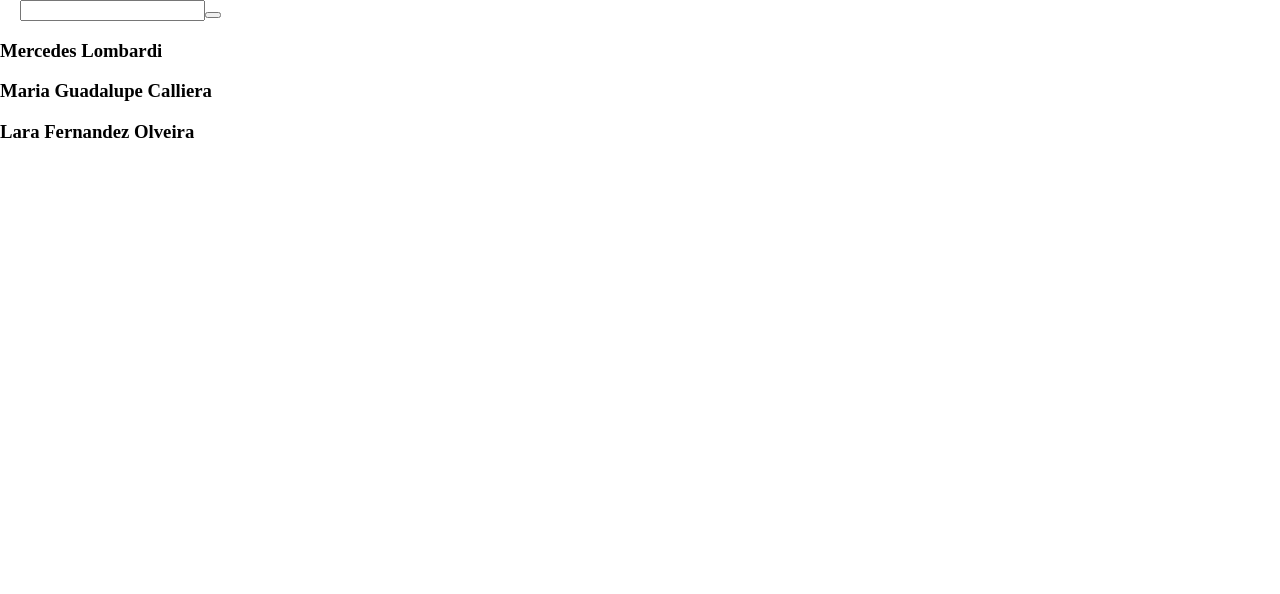
Repository: marucalliera/ProyectoIntegrador3
Page: / (app in progri/)
The author's editor kept a copy of each file at every save. The page is drawn from the files as they stood at one save, then again after the next save.
The browser window is 1280 px wide. The pictures show the whole page.
The page's requests for data from a server got no answer. Some web libraries are served in a nearby version. The project was rebuilt for these pictures with package versions that can differ from the ones it lists, and the page was loaded fresh each time. No one was signed in, and anything a server would have sent is missing. Also part of the build but not shown: progri/src/components/UnaPeliculaListado/UnaPeliculaListado.css, progri/src/components/UnaPeliculaListado/UnaPeliculaListado.js, progri/src/screens/Cartel/Cartel.js, progri/src/screens/Populares/Populares.js, progri/src/components/listadoFavoritos/listadoFavoritos.js, progri/src/screens/favoritos/favoritos.js, progri/src/screens/detallePel/detallePel.js, progri/src/components/Tarjeta/Tarjeta.css and 4 more.

Above is the page before, as saved 2022-09-11 19:37:41.

After the next save:
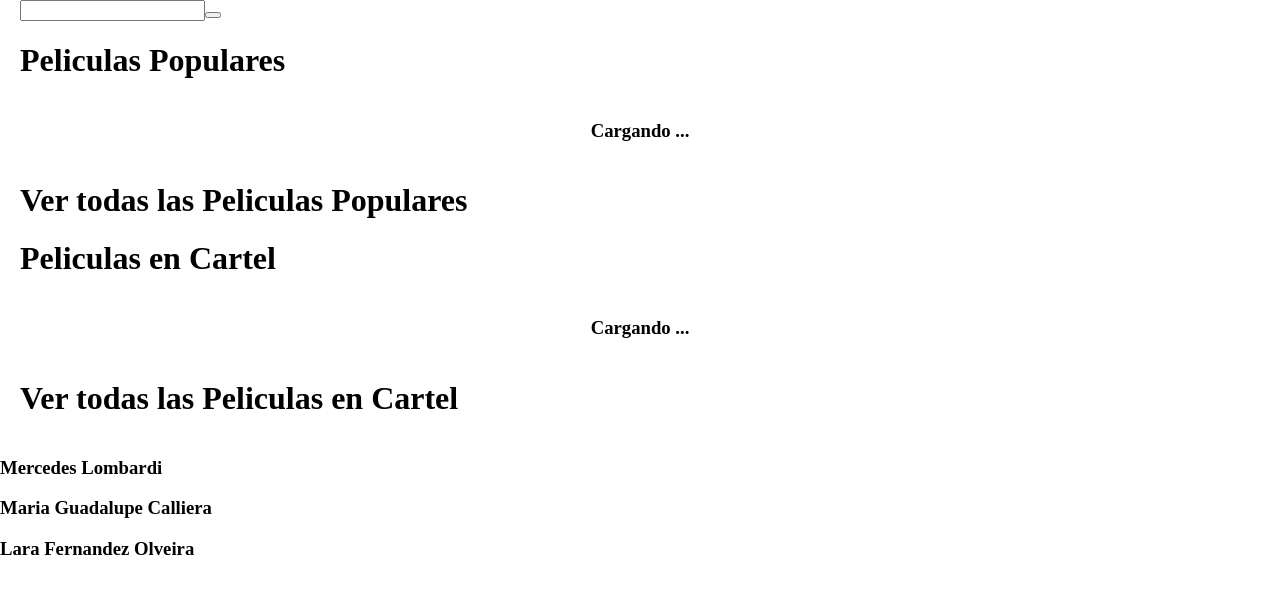
Saved 2 min 10 s later.
--- a/progri/src/components/Listado/Listado.js
+++ b/progri/src/components/Listado/Listado.js
@@ -2,9 +2,41 @@ import React, {Component} from 'react';
 import UnaPeliculaListado from '../UnaPeliculaListado/UnaPeliculaListado';
 import {Link} from 'react-router-dom';
 
-let apikey = '73bb2c441012fc5a8247a1d5cb33d69a'
-function Listado() {
+let apikey = '66374e925f9ce0061d8e10191732f374'
+class Listado extends Component{
+    constructor(props){
+        super(props);
+        this.state = {
+            datos: '',
+            pageNumber: 1,
+        }
+    }
+    componentDidMount () {
+        fetch(this.props.funcionalidades.populares ? `https://api.themoviedb.org/3/movie/popular?api_key=${apikey}&page=${this.state.pageNumber}` : `https://api.themoviedb.org/3/movie/now_playing?api_key=${apikey}&page=${this.state.pageNumber}`)
+        .then(response=>response.json())
+        .then(data=> {
+           /*  console.log(data) */
+            this.setState({datos: data.results, pageNumber: this.state.pageNumber + 1})
+            })
+        .catch(error=>console.log('El error fue: ' + error))
+    }
 
+    render () {
+        /* console.log(this.props.funcionalidades) */
+        return (
+            <React.Fragment>
+                <h1>{this.props.funcionalidades.populares ? 'Peliculas Populares' : 'Peliculas en Cartel'}</h1>
+
+                <section className='card-container'>
+                    {this.state.datos === '' ? <h3>Cargando ...</h3> :
+                    this.state.datos.map((unaPelicula, idx) => <UnaPeliculaListado props={unaPelicula} key={idx} />)
+                    }
+                </section>
+                <h1><Link to={this.props.funcionalidades.populares ? '/populares' : '/cartel'}> Ver todas las {this.props.funcionalidades.populares ? 'Peliculas Populares' : 'Peliculas en Cartel'} </Link></h1>
+            </React.Fragment>
+        )
+
+    }
 }
 
 export default Listado;
